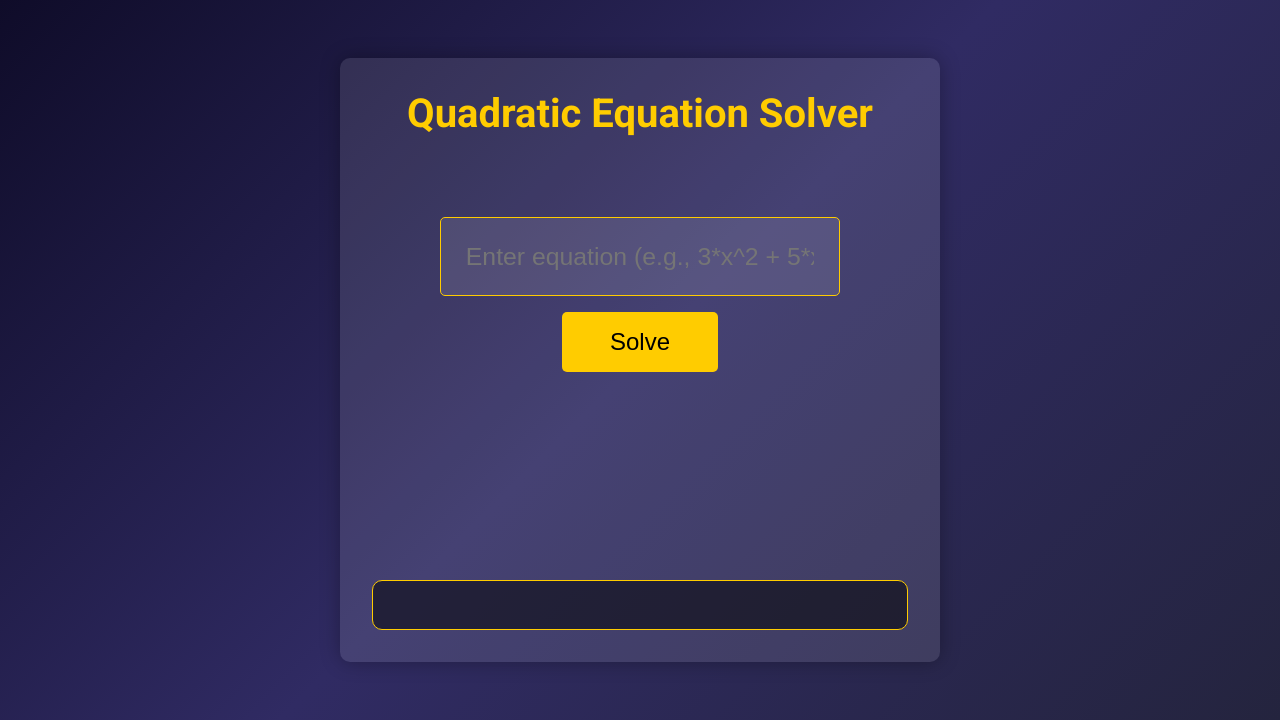
Repository: ngl-ankit/equation-solver
Page: index.html
The author's editor kept a copy of each file at every save. The page is drawn from the files as they stood at one save, then again after the next save.
The browser window is 1280 px wide. The pictures show the whole page.

Above is the page before, as saved 2024-07-08 11:17:09.

### index.html
<!DOCTYPE html>
<html lang="en">
  <head>
    <meta charset="UTF-8" />
    <meta name="viewport" content="width=device-width, initial-scale=1.0" />
    <title>Quadratic Equation Solver</title>
    <link rel="stylesheet" href="styles.css" />
  </head>
  <body>
    <div class="container">
      <h1>Quadratic Equation Solver</h1>
      <div class="form-container">
        <form id="equation-form">
          <input
            type="text"
            id="equation-input"
            placeholder="Enter equation (e.g., 3*x^2 + 5*x - 2 = 0)"
            required
          />
          <button type="submit" class="solve-btn">Solve</button>
        </form>
      </div>
      <div id="results" class="results"></div>
    </div>
    <script src="script.js"></script>
  </body>
</html>

### styles.css
@import url("https://fonts.googleapis.com/css2?family=Roboto:wght@400;700&display=swap");

* {
  margin: 0;
  padding: 0;
  box-sizing: border-box;
}

body {
  display: flex;
  justify-content: center;
  align-items: center;
  height: 100vh;
  font-family: "Roboto", sans-serif;
  background: linear-gradient(135deg, #0f0c29, #302b63, #24243e);
  color: #fff;
}

.container {
  max-width: 600px;
  width: 90%;
  background: rgba(255, 255, 255, 0.1);
  padding: 2rem;
  border-radius: 10px;
  box-shadow: 0 0 20px rgba(0, 0, 0, 0.3);
  text-align: center;
}

h1 {
  font-size: 2.5rem;
  margin-bottom: 5rem;
  color: #ffcc00;
}

.form-container {
  margin-bottom: 13rem;
}

form {
  display: flex;
  flex-direction: column;
  align-items: center;
}

input[type="text"] {
  width: 100%;
  max-width: 400px;
  padding: 1.55rem;
  border: 1px solid #ffcc00;
  border-radius: 5px;
  background: rgba(255, 255, 255, 0.1);
  color: #fff;
  font-size: 1.55rem;
  margin-bottom: 1rem;
  transition: background-color 0.3s, border-color 0.3s;
}

input[type="text"]:hover,
input[type="text"]:focus {
  background-color: rgba(255, 255, 255, 0.2);
  border-color: #ff9900;
}

button.solve-btn {
  padding: 1rem 3rem;
  border: none;
  background-color: #ffcc00;
  color: #000;
  border-radius: 5px;
  cursor: pointer;
  transition: background-color 0.3s, transform 0.3s;
  font-size: 1.5rem;
  outline: none;
}

button.solve-btn:hover {
  background-color: #ff9900;
  transform: scale(1.08);
}

.results {
  background: rgba(0, 0, 0, 0.5);
  border: 1px solid #ffcc00;
  border-radius: 10px;
  padding: 1.5rem;
  margin-top: 0.5rem;
  text-align: left;
  animation: fadeIn 0.5s ease-in-out;
}

.results p {
  font-size: 1rem;
  line-height: 1.6;
  margin-bottom: 1rem;
}

.solution-steps {
  margin-top: 1rem;
}

@keyframes fadeIn {
  from {
    opacity: 0;
  }
  to {
    opacity: 1;
  }
}

### script.js
document.getElementById('equation-form').addEventListener('submit', function (event) {
  event.preventDefault();
  const equation = document.getElementById('equation-input').value;
  const result = solveQuadraticEquation(equation);
  displayResults(result);
});

function solveQuadraticEquation(equation) {
  const trimmedEquation = equation.replace(/\s/g, ''); // Remove all whitespace
  const regex = /^([-+]?\d*\.?\d*)\*?x\^2([-+]?\d*\.?\d*)\*?x([-+]?\d*\.?\d*)=?0$/;
  const matches = trimmedEquation.match(regex);

  if (!matches) {
    return { equation, error: 'Invalid equation format' };
  }

  const a = parseFloat(matches[1]) || 1;
  const b = parseFloat(matches[2]) || 0;
  const c = parseFloat(matches[3]) || 0;

  const discriminant = b * b - 4 * a * c;

  let solutions = [];
  let solutionSteps = [];

  solutionSteps.push(`Given equation: ${equation}`);

  solutionSteps.push(`Step 1: Calculate Discriminant (D) = ${b}^2 - 4 * ${a} * ${c}`);
  solutionSteps.push(`D = ${discriminant}`);

  if (discriminant > 0) {
    const x1 = (-b + Math.sqrt(discriminant)) / (2 * a);
    const x2 = (-b - Math.sqrt(discriminant)) / (2 * a);
    solutions = [x1, x2];
    solutionSteps.push(`Step 2: Apply the Quadratic Formula:`);
    solutionSteps.push(`x1 = (-${b} + √${discriminant}) / (2 * ${a}) = ${x1}`);
    solutionSteps.push(`x2 = (-${b} - √${discriminant}) / (2 * ${a}) = ${x2}`);
  } else if (discriminant === 0) {
    const x = -b / (2 * a);
    solutions = [x];
    solutionSteps.push(`Step 2: Apply the Quadratic Formula:`);
    solutionSteps.push(`x = -${b} / (2 * ${a}) = ${x}`);
  } else {
    solutionSteps.push(`Step 2: Since D < 0, no real solutions exist.`);
  }

  return {
    equation,
    solutions,
    discriminant,
    solutionSteps
  };
}

function displayResults(result) {
  const resultsDiv = document.getElementById('results');
  resultsDiv.innerHTML = `
    <h2>Results:</h2>
    <div class="solution-steps">
      ${result.solutionSteps.map(step => `<p>${step}</p>`).join('')}
    </div>
    <p><strong>Discriminant:</strong> ${result.discriminant}</p>
    ${result.solutions.length > 0 ? `
    <p><strong>Solutions:</strong> ${result.solutions.join(', ')}</p>` : ''}
  `;
}

After the next save:
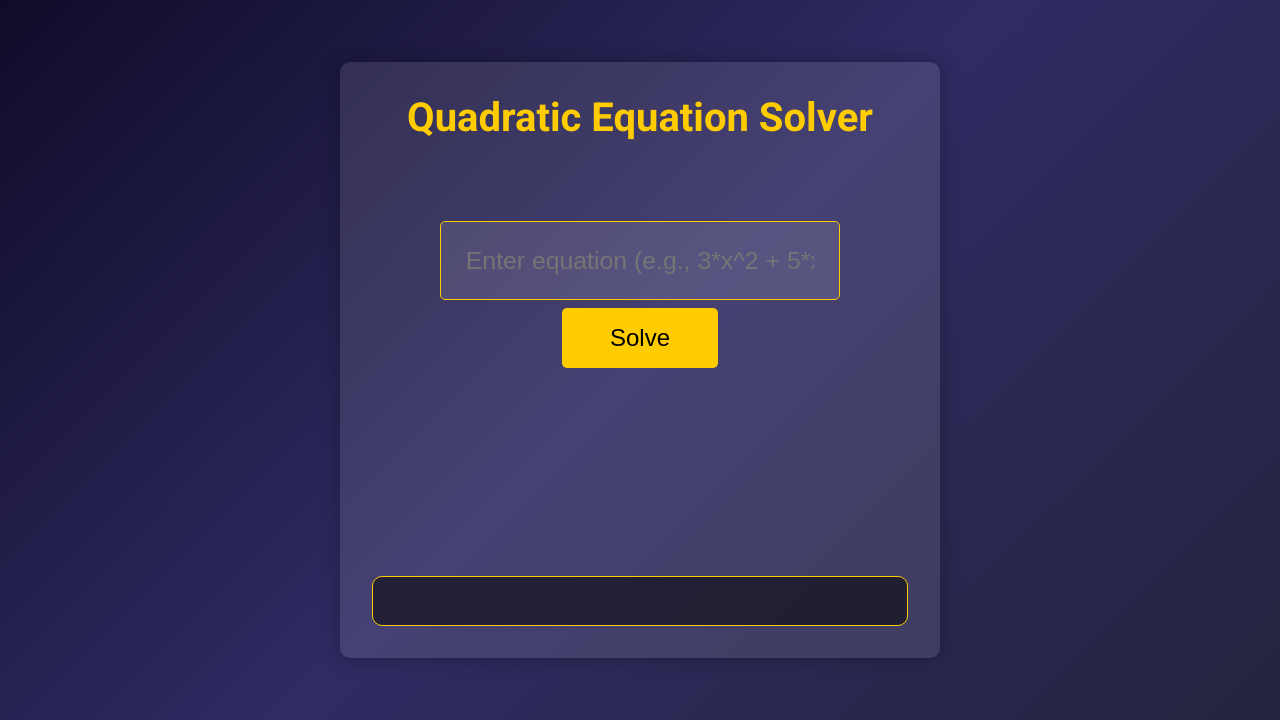
Saved 21 s later.
--- a/styles.css
+++ b/styles.css
@@ -51,7 +51,7 @@
   background: rgba(255, 255, 255, 0.1);
   color: #fff;
   font-size: 1.55rem;
-  margin-bottom: 1rem;
+  margin-bottom: 0.5rem;
   transition: background-color 0.3s, border-color 0.3s;
 }
 

After the save that followed:
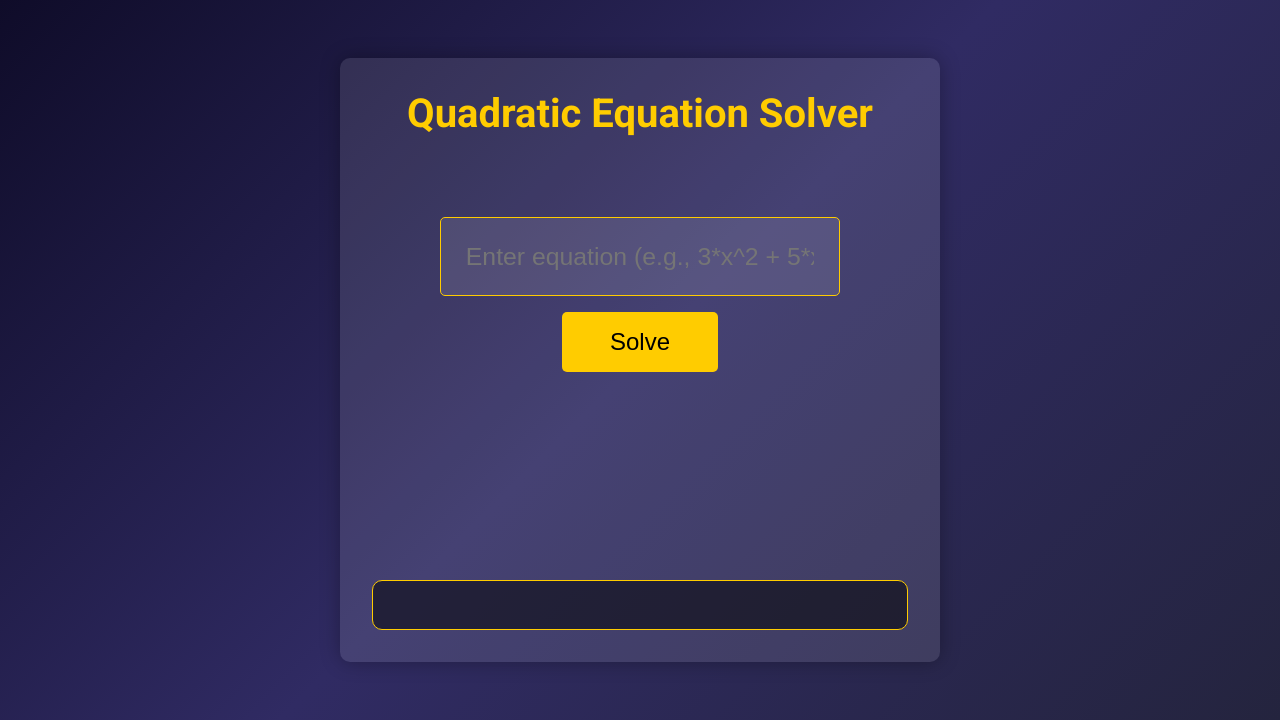
Saved 7 s later.
--- a/styles.css
+++ b/styles.css
@@ -51,7 +51,7 @@
   background: rgba(255, 255, 255, 0.1);
   color: #fff;
   font-size: 1.55rem;
-  margin-bottom: 0.5rem;
+  margin-bottom: 1rem;
   transition: background-color 0.3s, border-color 0.3s;
 }
 
